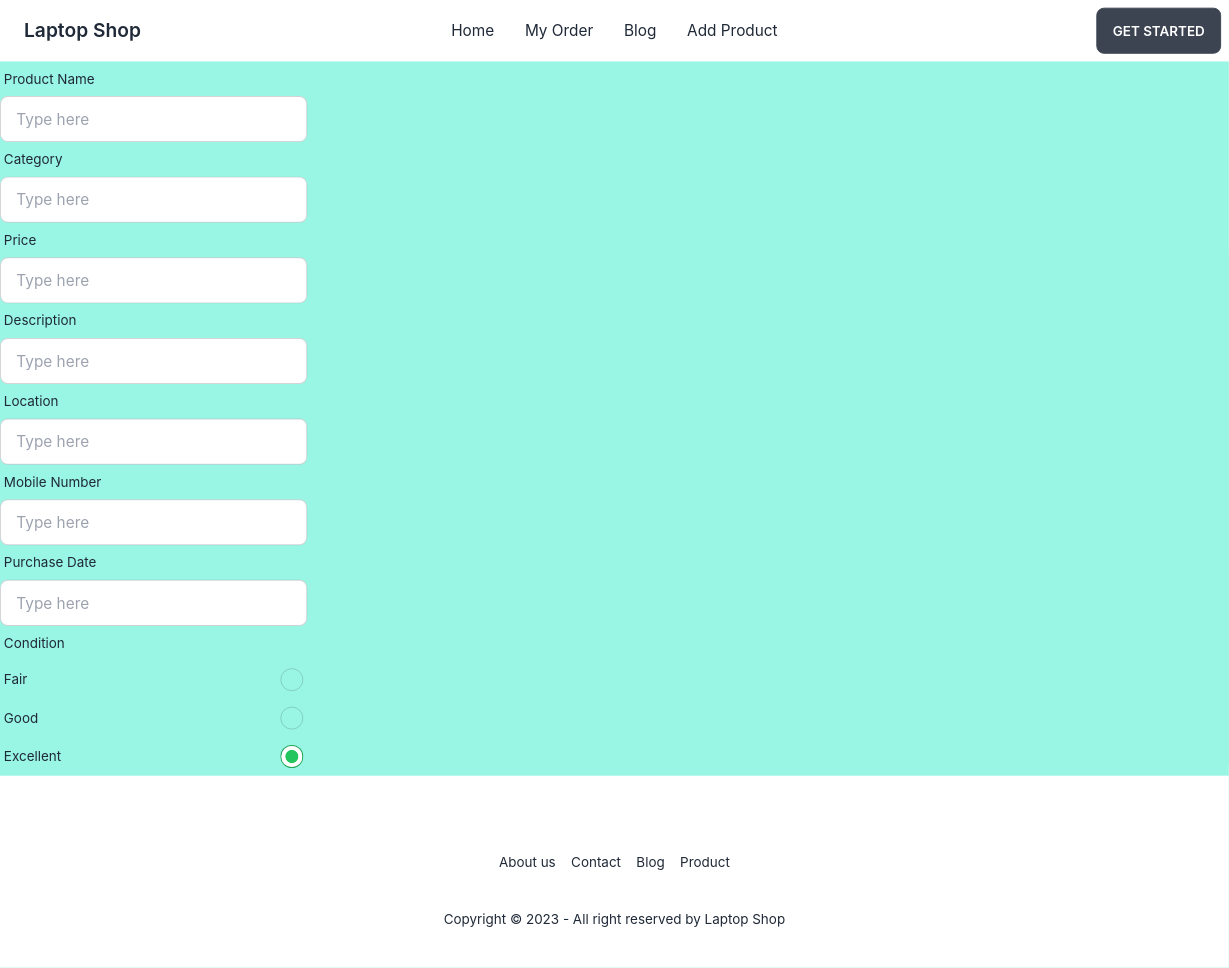
Repository: mdsajib50/E-commerce
Page: /add-product
An editor plug-in stored every save of this project. The page is shown before and after a run of saves, followed by the edit.
The browser window is 1280 px wide. The pictures show the whole page, at 96% of full size.
The project was rebuilt for these pictures with package versions that can differ from the ones it lists, and the page was loaded fresh each time. Also part of the build but not shown: src/Pages/Home/Banner/Banner.js, src/Pages/Home/Product/ProductCard.js, src/Pages/Home/Product/Product.js, src/Pages/Home/Home/Home.js.

Above is the page before, as saved 2023-01-11 22:43:59.

### src/App.js
import logo from './logo.svg';
import './App.css';
import { RouterProvider } from 'react-router';
import router from './Routes/Router';

function App() {
  return (
    <div className="App">
        <RouterProvider router={router}></RouterProvider>
    </div>
  );
}

export default App;

### src/Routes/Router.js
import React from 'react';
import { createBrowserRouter } from 'react-router-dom';
import Main from '../Layout/Main/Main';
import AddProduct from '../Pages/AddProduct/AddProduct';
import Home from '../Pages/Home/Home/Home';

const router = createBrowserRouter([
    {
        path: '/',
        element: <Main></Main>,
        children:[
            {
                path:'/',
                element:<Home></Home>
            },
            {
                path:'/home',
                element:<Home></Home>
            },
            {
                path: '/add-product',
                element: <AddProduct></AddProduct>
            }
        ]
    }
])

export default router;

### src/Layout/Main/Main.js
import React from 'react';
import { Outlet } from 'react-router';
import Footer from '../../Pages/Shared/Footer/Footer';
import Header from '../../Pages/Shared/Header/Header';

const Main = () => {
    return (
        <div>
            <Header></Header>
            <Outlet></Outlet>
            <Footer></Footer>
        </div>
    );
};

export default Main;

### src/Pages/AddProduct/AddProduct.js
import React from 'react';

const AddProduct = () => {
    return (
        <div className='bg-teal-200'>
           <div className='mx-auto'>
                <form>
                    <div className="form-control">
                        <label className="label">
                            <span className="label-text">Product Name</span>
                        </label>
                        <input type="text" name='product_name' placeholder="Type here" className="input input-bordered w-full max-w-xs" />
                    </div>
                    <div className="form-control w-full max-w-xs">
                        <label className="label">
                            <span className="label-text">Category</span>
                        </label>
                        <input type="text" name='category' placeholder="Type here" className="input input-bordered w-full max-w-xs" />
                    </div>
                    <div className="form-control w-full max-w-xs">
                        <label className="label">
                            <span className="label-text">Price</span>
                        </label>
                        <input type="text" name='price' placeholder="Type here" className="input input-bordered w-full max-w-xs" />
                    </div>
                    <div className="form-control w-full max-w-xs">
                        <label className="label">
                            <span className="label-text">Description</span>
                        </label>
                        <input type="text" name='description' placeholder="Type here" className="input input-bordered w-full max-w-xs" />
                    </div>
                    <div className="form-control w-full max-w-xs">
                        <label className="label">
                            <span className="label-text">Location</span>
                        </label>
                        <input type="text" name='location' placeholder="Type here" className="input input-bordered w-full max-w-xs" />
                    </div>
                    <div className="form-control w-full max-w-xs">
                        <label className="label">
                            <span className="label-text">Mobile Number</span>
                        </label>
                        <input type="text" name='mobile' placeholder="Type here" className="input input-bordered w-full max-w-xs" />
                    </div>
                    <div className="form-control w-full max-w-xs">
                        <label className="label">
                            <span className="label-text">Purchase Date </span>
                        </label>
                        <input type="text" name='date' placeholder="Type here" className="input input-bordered w-full max-w-xs" />
                    </div>
                    <div className="form-control w-full max-w-xs rounded-xl">
                    <label className="label">
                            <span className="label-text">Condition </span>
                        </label>
                        <div className="form-control">
                            <label className="label cursor-pointer">
                                <span className="label-text">Fair</span>
                                <input type="radio" value='fair' name="condition" className="radio checked:bg-red-500" checked />
                            </label>
                            </div>
                            <div className="form-control">
                            <label className="label cursor-pointer">
                                <span className="label-text">Good</span>
                                <input type="radio" value='good' name="condition" className="radio checked:bg-blue-500" checked />
                            </label>
                        </div>
                            <div className="form-control">
                            <label className="label cursor-pointer">
                                <span className="label-text">Excellent</span>
                                <input type="radio" value='excellent' name="condition" className="radio checked:bg-green-500" checked />
                            </label>
                        </div>
                    </div>
                    </form>
           </div>
        </div>
    );
};

export default AddProduct;

### src/Pages/Shared/Footer/Footer.js
import React from 'react';

const Footer = () => {
    return (
        <footer className="footer footer-center p-10 text-base-content rounded mt-10">
            <div className="grid grid-flow-col gap-4">
                <a className="link link-hover">About us</a>
                <a className="link link-hover">Contact</a>
                <a className="link link-hover">Blog</a>
                <a className="link link-hover">Product</a>
            </div>
            <div>
                <p>Copyright © 2023 - All right reserved by Laptop Shop</p>
            </div>
</footer>
    );
};

export default Footer;

### src/Pages/Shared/Header/Header.js
import React from 'react';
import { Link } from 'react-router-dom';

const Header = () => {
    return (
        <div className="navbar bg-base-100">
        <div className="navbar-start">
            <div className="dropdown">
            <label tabIndex={0} className="btn btn-ghost lg:hidden">
                <svg xmlns="http://www.w3.org/2000/svg" className="h-5 w-5" fill="none" viewBox="0 0 24 24" stroke="currentColor"><path strokeLinecap="round" strokeLinejoin="round" strokeWidth="2" d="M4 6h16M4 12h8m-8 6h16" /></svg>
            </label>
            <ul tabIndex={0} className="menu menu-compact dropdown-content mt-3 p-2 shadow bg-base-100 rounded-box w-52">
                <li><Link to='/home'>Home</Link></li>
                <li><Link to='/myorder'>My Order</Link></li>
                <li><Link to='/blog'>Blog</Link></li>
                <li><Link to='/add-product'>Add A Product</Link></li>
            </ul>
            </div>
            <a className="btn btn-ghost normal-case text-xl">Laptop Shop</a>
        </div>
        <div className="navbar-center hidden lg:flex">
            <ul className="menu menu-horizontal px-1">
                <li><Link to='/home'>Home</Link></li>
                <li><Link to='/myorder'>My Order</Link></li>
                <li><Link to='/blog'>Blog</Link></li>
                <li><Link to='/add-product'>Add Product</Link></li>
            </ul>
        </div>
        <div className="navbar-end">
            <a className="btn">Get started</a>
        </div>
</div>
    );
};

export default Header;

Loaded but not shown: src/index.js (common file); src/index.css (common file); src/reportWebVitals.js (common file); src/App.css (common file); tailwind.config.js (common file)

After the next 2 saves:
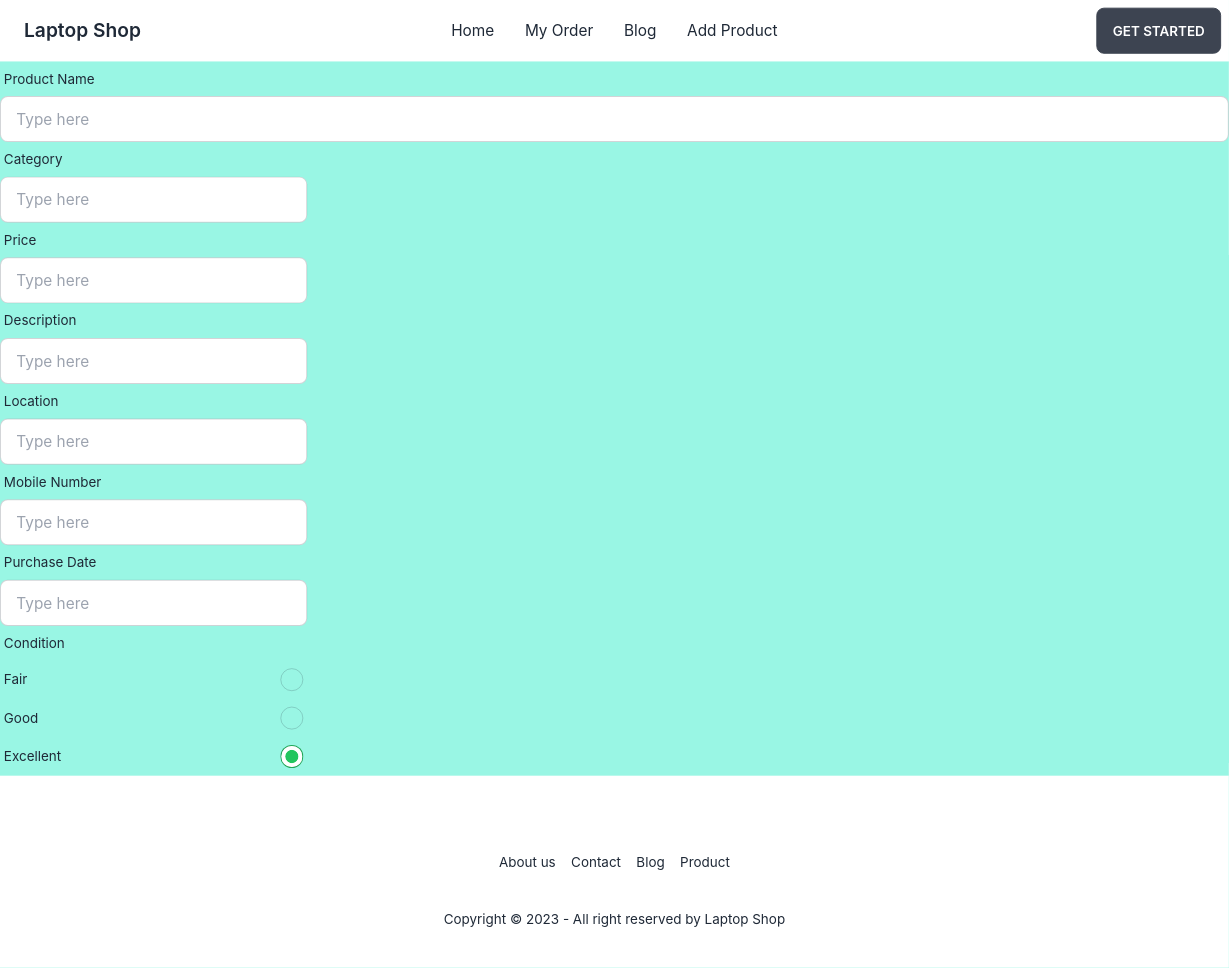
The 2 saves are shown as one change because they came seconds apart.
The last was saved 19 s later.
--- a/src/Pages/AddProduct/AddProduct.js
+++ b/src/Pages/AddProduct/AddProduct.js
@@ -9,7 +9,7 @@
                         <label className="label">
                             <span className="label-text">Product Name</span>
                         </label>
-                        <input type="text" name='product_name' placeholder="Type here" className="input input-bordered w-full max-w-xs" />
+                        <input type="text" name='product_name' placeholder="Type here" className="input input-bordered" />
                     </div>
                     <div className="form-control w-full max-w-xs">
                         <label className="label">

After the 2 saves that followed:
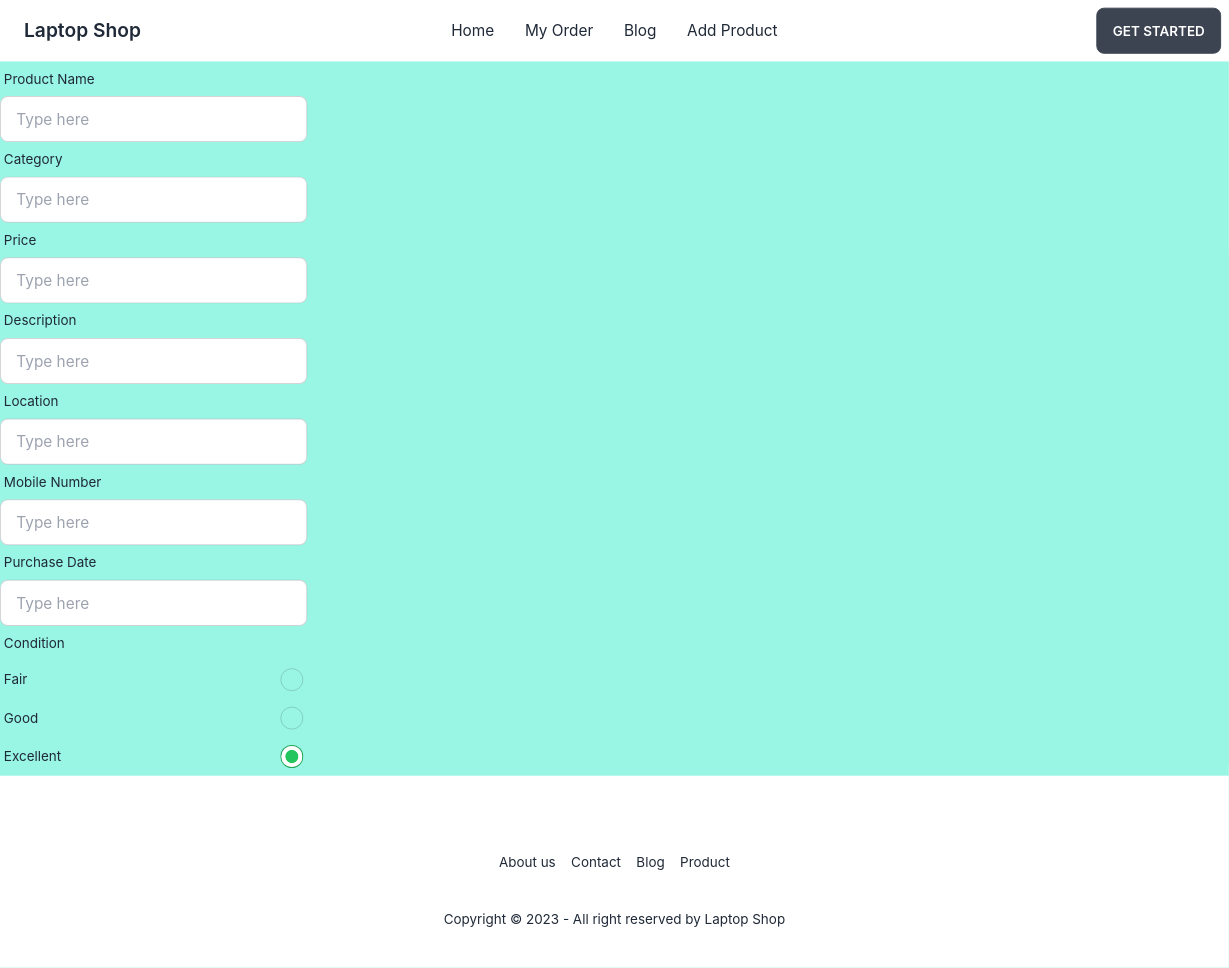
The 2 saves are shown as one change because they came seconds apart.
The last was saved 30 s later.
--- a/src/Pages/AddProduct/AddProduct.js
+++ b/src/Pages/AddProduct/AddProduct.js
@@ -9,7 +9,7 @@
                         <label className="label">
                             <span className="label-text">Product Name</span>
                         </label>
-                        <input type="text" name='product_name' placeholder="Type here" className="input input-bordered" />
+                        <input type="text" name='product_name' placeholder="Type here" className="input input-bordered w-full max-w-xs" />
                     </div>
                     <div className="form-control w-full max-w-xs">
                         <label className="label">
